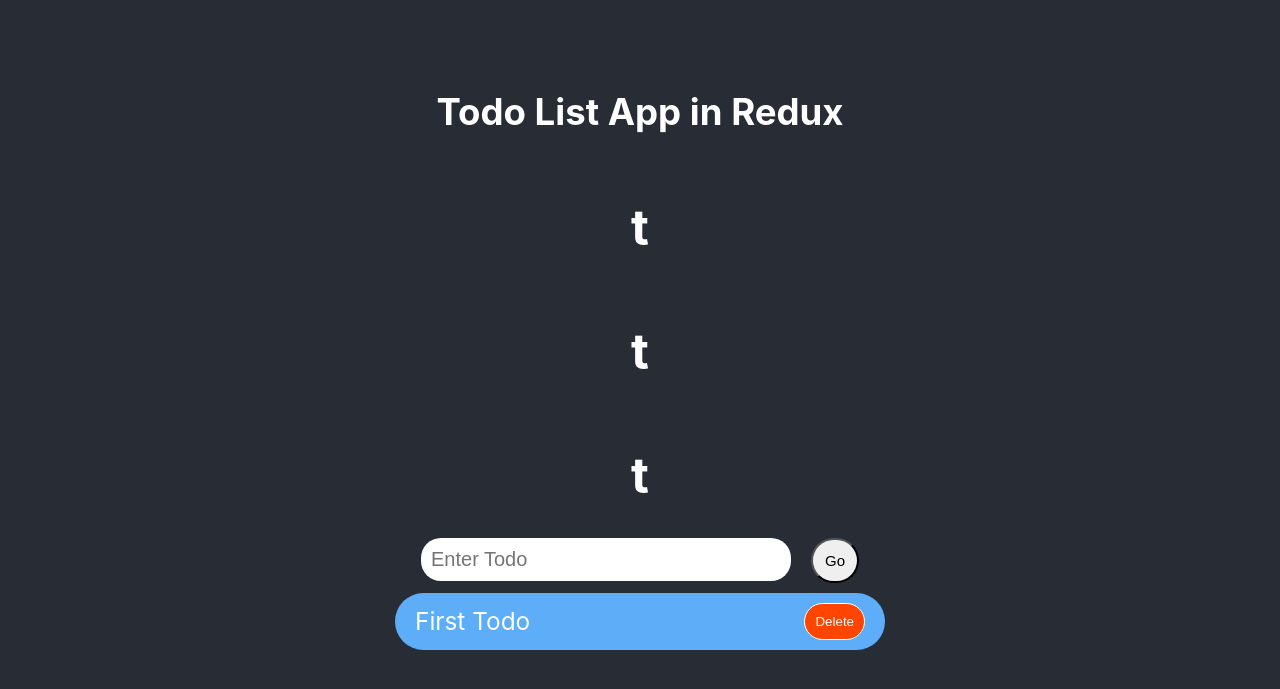
Repository: mahsa199170/React-Redux-Projects
Page: / (app in redux-todo-list/)
The author's editor kept a copy of each file at every save. The page is drawn from the files as they stood at one save, then again after the next save.
The browser window is 1280 px wide. The pictures show the whole page.
The project was rebuilt for these pictures with package versions that can differ from the ones it lists, and the page was loaded fresh each time. Also part of the build but not shown: redux-todo-list/src/components/Count.js.

Above is the page before, as saved 2024-10-24 17:53:38.

### redux-todo-list/src/index.js
import React from 'react';
import ReactDOM from 'react-dom/client';
import './index.css';
import App from './App';
import { store } from './store';
import { Provider } from 'react-redux';

const root = ReactDOM.createRoot(document.getElementById('root'));
root.render(
  <React.StrictMode>
    <Provider store={store}>
      <App />
    </Provider>
  </React.StrictMode>
);

### redux-todo-list/src/App.js
import './App.css';

import React from 'react';
import Count from './components/Count';
import Todo from './components/todo/Todo';

const App = () => {
  return (
    <div className="App">
      <header className="App-header">
        <Todo />
        {/* <Count /> */}
      </header>
    </div>
  );
};

export default App;

### redux-todo-list/src/store.js
import { createStore, combineReducers, applyMiddleware } from 'redux';
import { thunk } from 'redux-thunk';
import { composeWithDevTools } from 'redux-devtools-extension';
// import { TodoReducer } from './reducer/TodoReducer';
import countReducer from './slice/countSlice';
import todoReducer from './slice/todoSlice';

const reducer = combineReducers({
  todo: todoReducer,
  counter: countReducer,
});

const initialState = {};

const middleWare = [thunk];

export const store = createStore(
  reducer,
  initialState,
  composeWithDevTools(applyMiddleware(...middleWare))
);

### redux-todo-list/src/App.css
.App {
  text-align: center;
}

.App-header {
  background-color: #282c34;
  min-height: 100vh;
  display: flex;
  flex-direction: column;
  align-items: center;
  justify-content: center;
  font-size: calc(10px + 2vmin);
  color: white;
}

.allTodos {
  list-style: none;
  margin: 0;
  padding: 0;
}

.singleTodo {
  border-radius: 50px;
  margin: 10px 0;
  background-color: #5dadf8;
  padding: 10px 20px;
  display: flex;
  width: 450px;
  align-items: center;
}

.todoText {
  text-align: start;
  flex: 1;
}

### redux-todo-list/src/components/todo/Todo.js
import React from 'react';
import { useSelector } from 'react-redux';
import { selectTodo } from '../../slice/todoSlice';

const Todo = () => {
  const todo = useSelector(selectTodo);

  return (
    <>
      <h2>Todo List App in Redux</h2>
      {todo.map((t) => {
        return <h1>t</h1>;
      })}
      <form>
        <input
          type="text"
          placeholder="Enter Todo"
          style={{
            width: 350,
            padding: 10,
            borderRadius: 20,
            border: 'none',
            fontSize: 20,
          }}
        />
        <button
          type="submit"
          style={{
            padding: 12,
            borderRadius: 25,

            fontSize: 15,
            marginLeft: 20,
          }}
        >
          Go
        </button>
      </form>
      <ul className="allTodos">
        <li className="singleTodo">
          <span className="todoText">First Todo</span>
          <button
            style={{
              padding: 10,
              borderRadius: 25,
              border: '1px solid white',
              color: 'white',
              backgroundColor: 'orangered',
            }}
          >
            Delete
          </button>
        </li>
      </ul>
    </>
  );
};

export default Todo;

### redux-todo-list/src/slice/countSlice.js
import { createSlice } from '@reduxjs/toolkit';

const initialState = {
  count: 0,
};

const countSlice = createSlice({
  name: 'counter',
  initialState,
  reducers: {
    ADD_BY_ONE: (state, action) => {
      state.count += action.payload;
    },
    MINUS_ONE: (state, action) => {
      state.count -= 1;
    },
    RESET_NUMBER: (state, action) => {
      state.count = 0;
    },
  },
});

export const selectCount = (state) => state.counter.count;
export const { ADD_BY_ONE, MINUS_ONE, RESET_NUMBER } = countSlice.actions;

export default countSlice.reducer;

### redux-todo-list/src/slice/todoSlice.js
import { createSlice } from '@reduxjs/toolkit';

const initialState = {
  todo: [1, 2, 3],
};

const todoSlice = createSlice({
  name: 'todo',
  initialState,
  reducers: {},
});

export const selectTodo = (state) => state.todo.todo;
export default todoSlice.reducer;

Loaded but not shown: redux-todo-list/public/index.html (common file); redux-todo-list/src/index.css (common file)

After the next save:
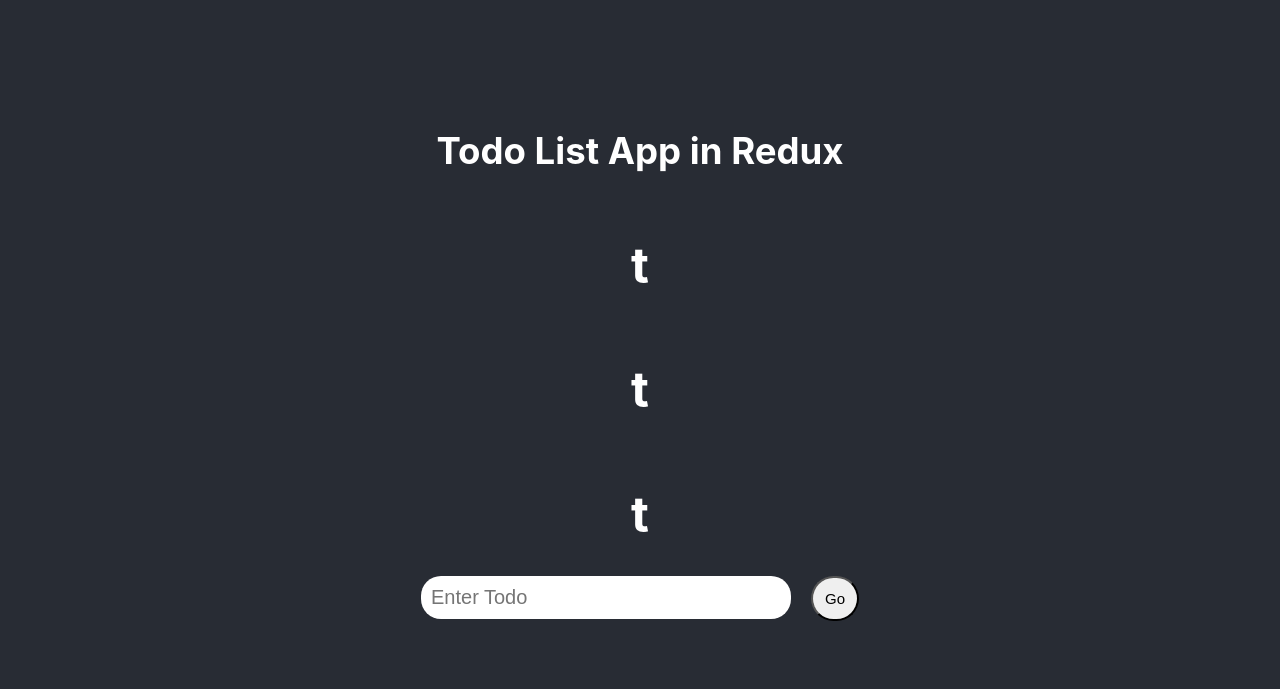
Saved 78 s later.
--- a/redux-todo-list/src/components/todo/Todo.js
+++ b/redux-todo-list/src/components/todo/Todo.js
@@ -36,7 +36,7 @@
           Go
         </button>
       </form>
-      <ul className="allTodos">
+      {/* <ul className="allTodos">
         <li className="singleTodo">
           <span className="todoText">First Todo</span>
           <button
@@ -51,7 +51,7 @@
             Delete
           </button>
         </li>
-      </ul>
+      </ul> */}
     </>
   );
 };
